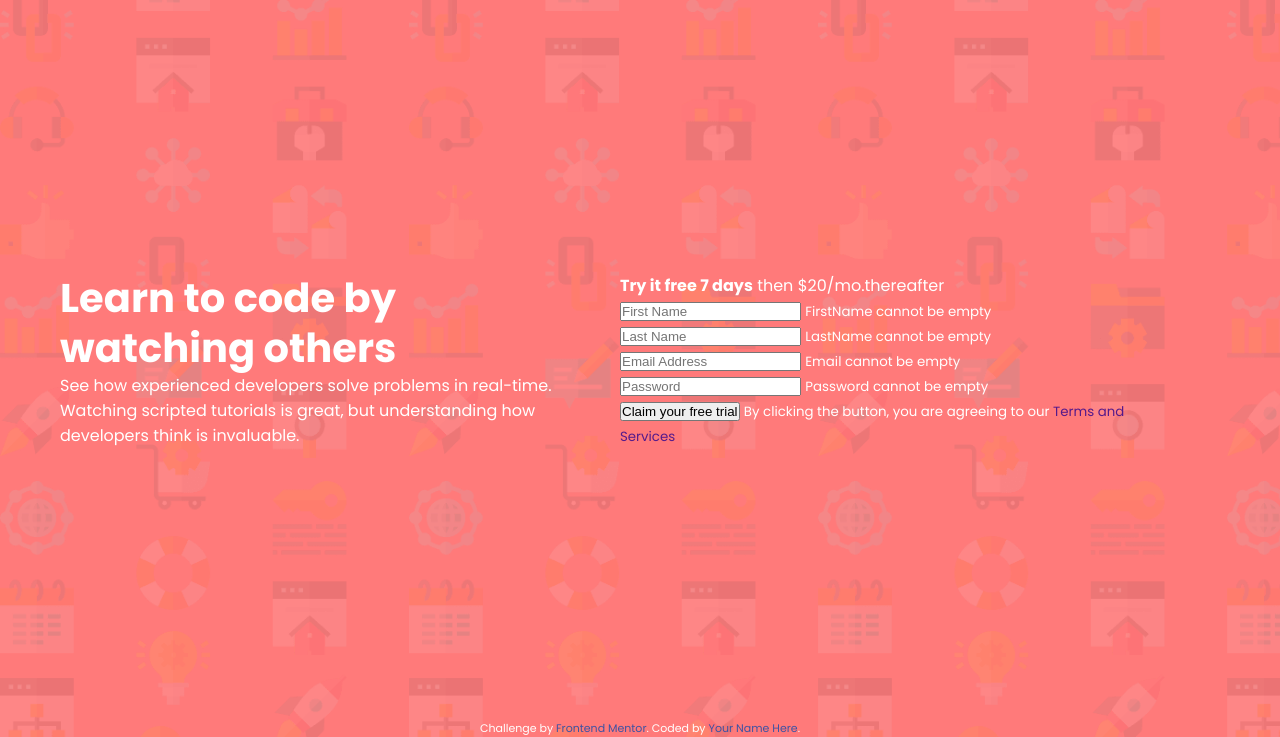
Repository: Akashiii1/WebSignup_Form_Day2
Page: index.html
An editor plug-in stored every save of this project. The page is shown before and after a run of saves, followed by the edit.
The browser window is 1280 px wide. The pictures show the whole page.

Above is the page before, as saved 2021-12-19 16:45:57.

After the next 2 saves:
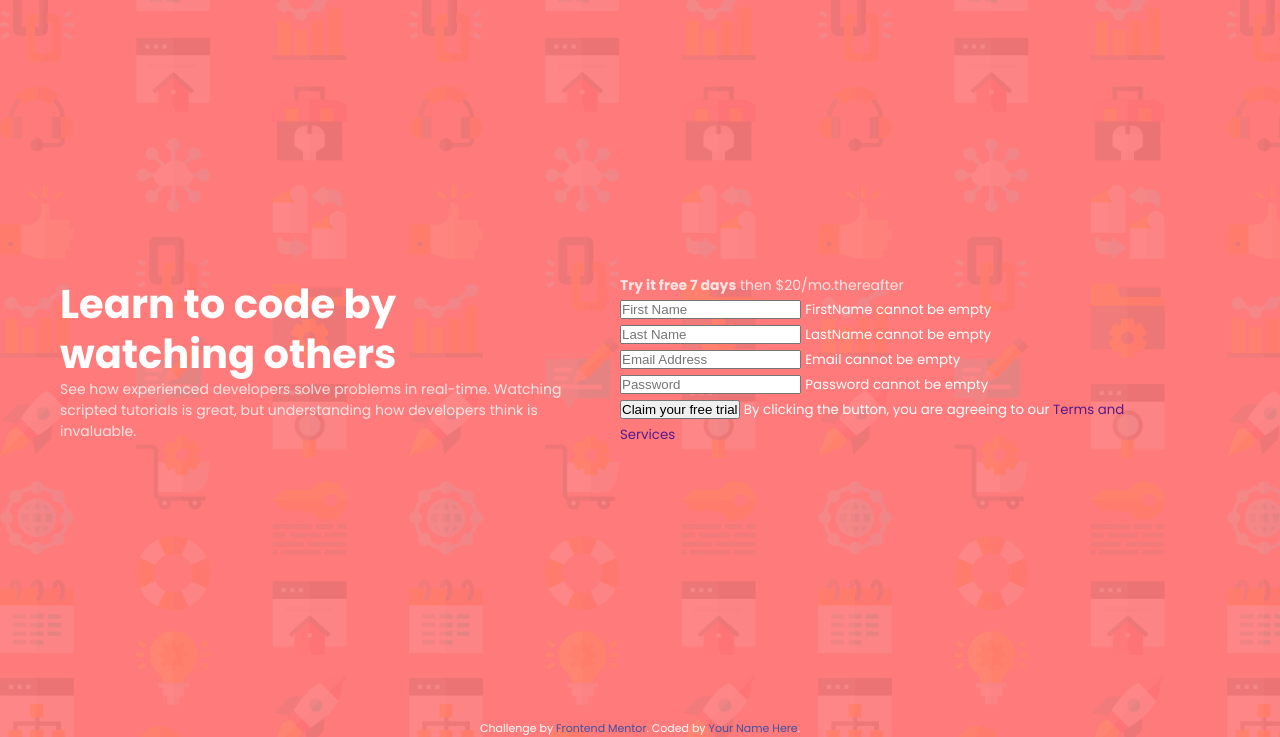
The 2 saves are shown as one change because they came seconds apart.
The last was saved 81 s later.
--- a/style.css
+++ b/style.css
@@ -54,3 +54,7 @@ body{
   font-size: 40px;
   line-height: 50px;
 }
+.container p{
+  opacity: 0.8;
+  font-size: 14px;
+}
